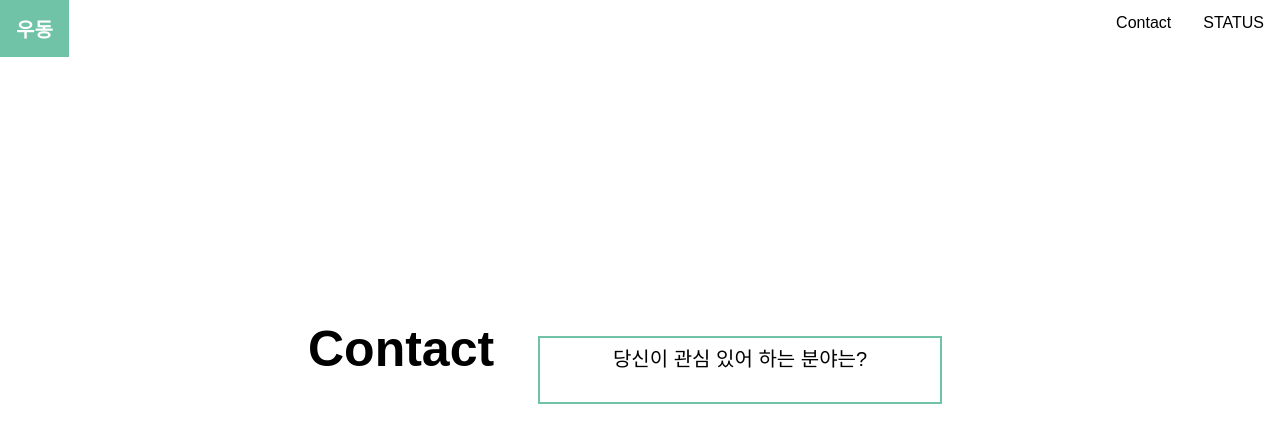
Repository: charmingjae/circles
Page: http://localhost/circles/root/contact.jsp
An editor plug-in stored every save of this project. The page is shown before and after the next save, followed by the edit.
The browser window is 1280 px wide. The pictures show the whole page.
Some web fonts or font styles are not loaded; a fallback is used. The page is served by Tomcat 9.

Above is the page before, as saved 2020-07-09 14:55:21.

After the next save:
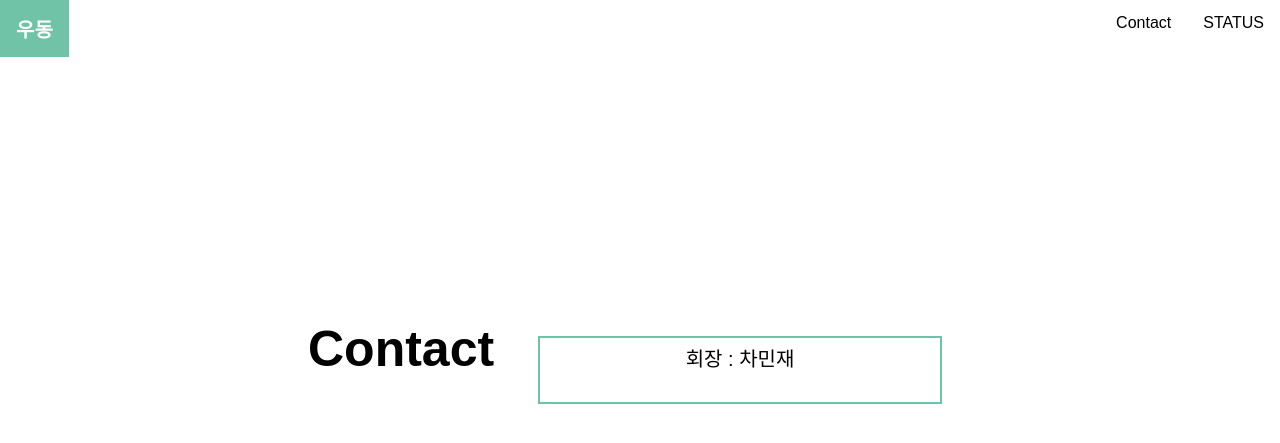
Saved 74 s later.
--- a/circles/WebContent/root/contact.jsp
+++ b/circles/WebContent/root/contact.jsp
@@ -17,7 +17,7 @@
 		<div class="container">
 			<span id="head"> Contact </span>
 			<div class="main">
-				<span id="showEtc"> 당신이 관심 있어 하는 분야는? </span>
+				<span id="showEtc"> 회장 : 차민재 </span>
 
 			</div>
 		</div>
